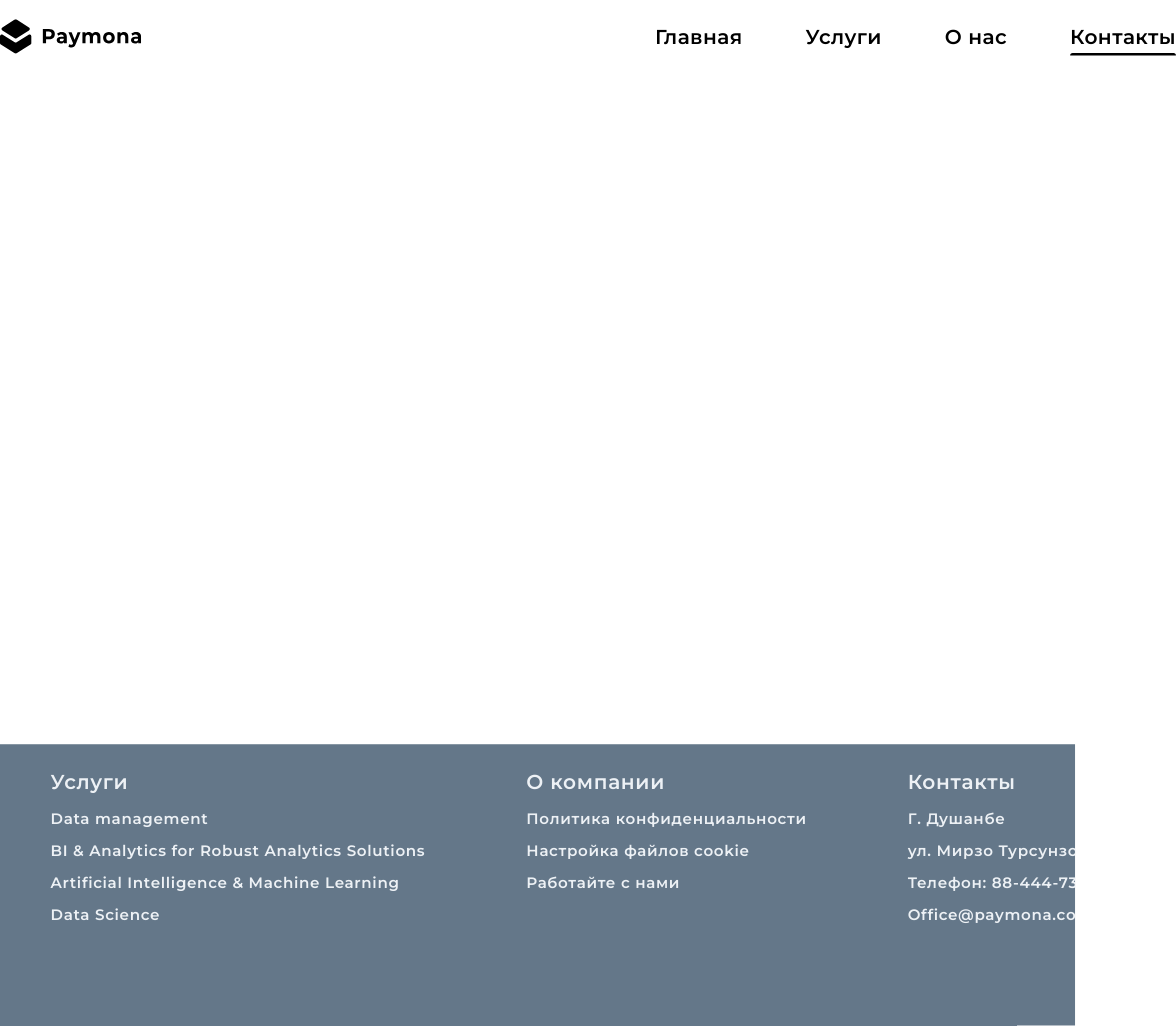
Repository: DalerAlyamov/paymona
Page: /contacts
An editor plug-in stored every save of this project. The page is shown before and after a run of saves, followed by the edit.
The browser window is 1280 px wide. The page is 1400 px wide, so the pictures cover 1400 px, including what lies to the right of the window. The pictures show the whole page, at 84% of full size.
The project was rebuilt for these pictures with package versions that can differ from the ones it lists, and the page was loaded fresh each time. Also part of the build but not shown: src/icons/Home.js, src/icons/HeadsetMic.js, src/icons/Person.js, src/icons/Work.js, src/icons/ExpandMore.js, src/icons/ArrowForwardIos.js, src/icons/Search.js, src/icons/FilterList.js and 21 more.

Above is the page before, as saved 2021-09-11 18:33:48.

After the next 2 saves:
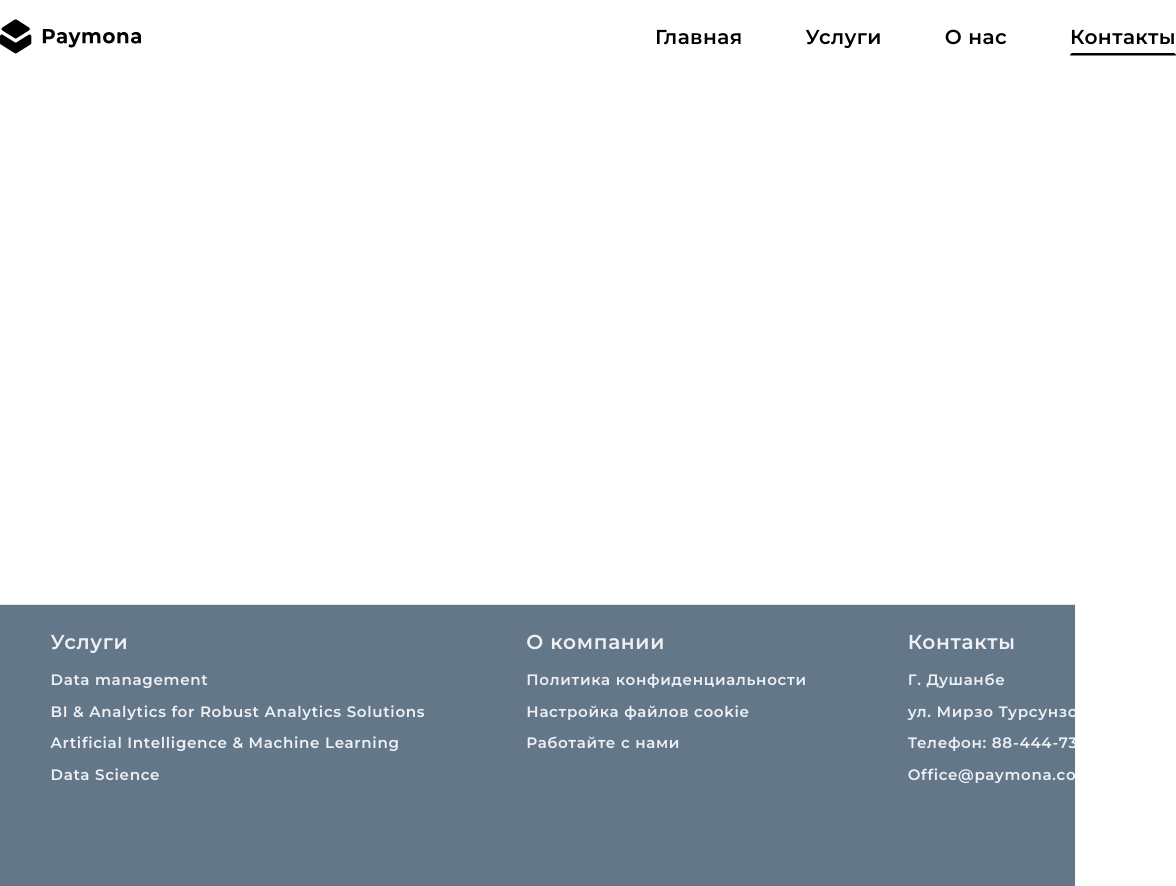
The 2 saves are shown as one change because 1 did not build or start.
The last was saved 17 s later.
--- a/src/pages/ContactPage.js
+++ b/src/pages/ContactPage.js
@@ -1,10 +1,9 @@
 import React from 'react'
 import Contact from '../components/Contact/Contact'
-import styles from './page.module.sass'
 
 const ContactPage = () => {
   return (
-    <div className={styles.root}>
+    <div>
       <Contact/>
     </div>
   )
